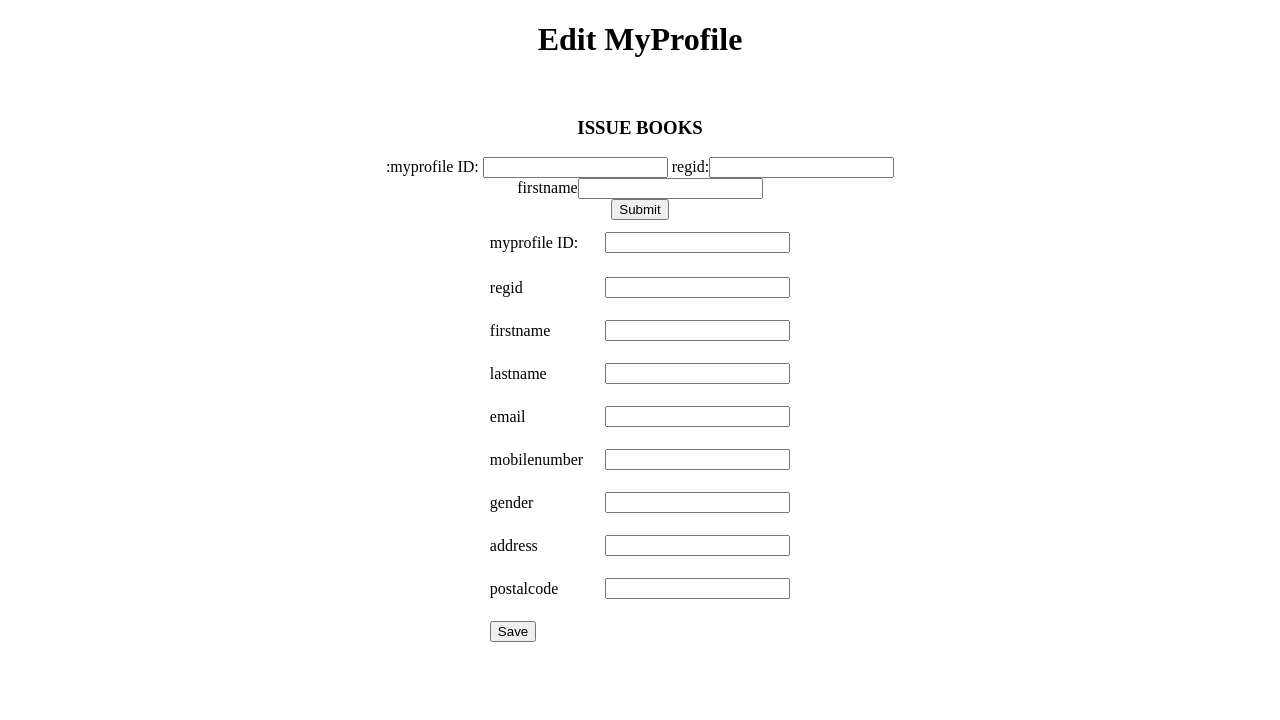
Repository: gousiya669/edubridgeprojects
Page: http://localhost/edit_myprofile
An editor plug-in stored every save of this project. The page is shown before and after the next save, followed by the edit.
The browser window is 1280 px wide. The pictures show the whole page.
The page is this project's Thymeleaf template; nobody is signed in. The template is opened directly, without the code that normally fills it, so the values that code supplies are empty.

Above is the page before, as saved 2021-10-05 06:29:59.

After the next save:
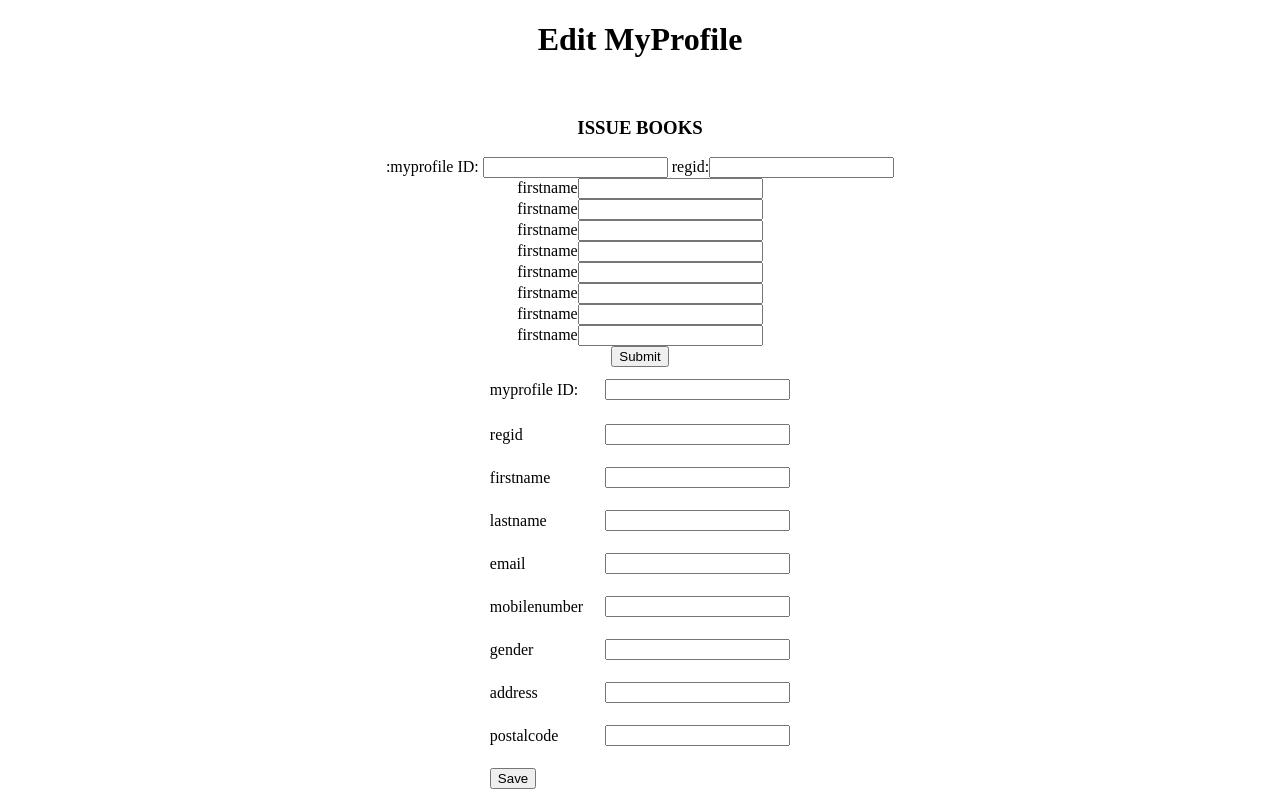
Saved 63 s later.
--- a/java code/eclipse-workspace/shoppingmart/src/main/resources/templates/edit_myprofile.html
+++ b/java code/eclipse-workspace/shoppingmart/src/main/resources/templates/edit_myprofile.html
@@ -41,6 +41,21 @@ method="post">
             </br>
 
             <label class="form-label">firstname</label><input  type="number" name="days" class="form-control"/></br>
+
+            <label class="form-label">firstname</label><input  type="number" name="days" class="form-control"/></br>
+
+            <label class="form-label">firstname</label><input  type="number" name="days" class="form-control"/></br>
+
+            <label class="form-label">firstname</label><input  type="number" name="days" class="form-control"/></br>
+
+            <label class="form-label">firstname</label><input  type="number" name="days" class="form-control"/></br>
+
+             <label class="form-label">firstname</label><input  type="number" name="days" class="form-control"/></br>
+
+            <label class="form-label">firstname</label><input  type="number" name="days" class="form-control"/></br>
+
+            <label class="form-label">firstname</label><input  type="number" name="days" class="form-control"/></br>
+
 
 
 
